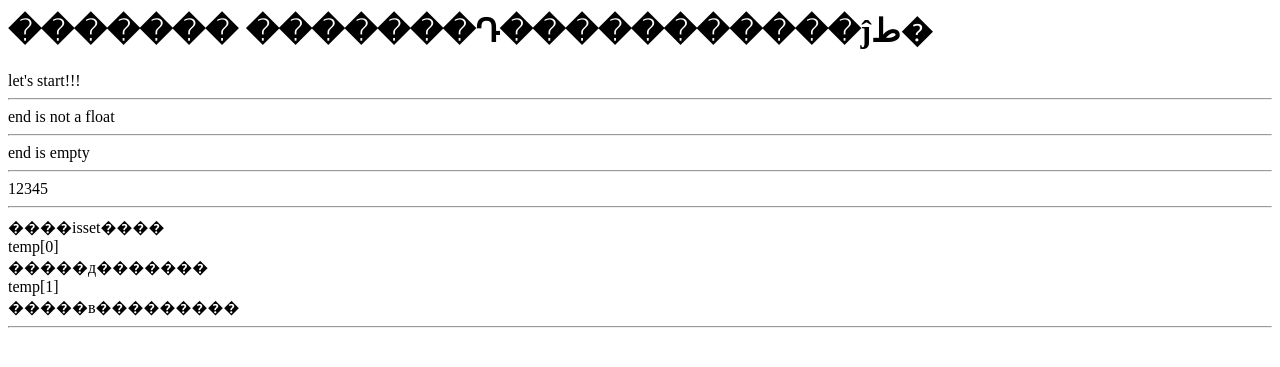
Repository: hanliyao/HelloWorld
Page: http://localhost/core/Common/testUnit.php
The author's editor kept a copy of each file at every save. The page is drawn from the files as they stood at one save, then again after the next save.
The browser window is 1280 px wide. The pictures show the whole page.
The page is run by PHP 8.4 with error messages shown; the project is at /var/www/html/.

Above is the page before, as saved 2016-02-05 01:44:55.

After the next save:
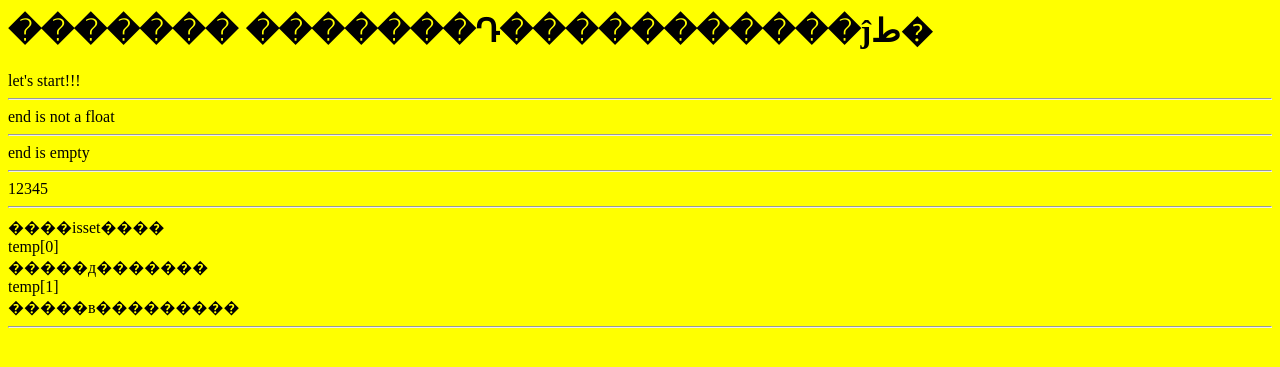
Saved 9 min 52 s later.
--- a/HelloWorld/core/Common/testUnit.php
+++ b/HelloWorld/core/Common/testUnit.php
@@ -3,7 +3,11 @@
 <html>
     <head>
         <title>덜쯤꿎桿묏야女충</title>
-
+        <style type="text/css">
+        body{
+            background-color:yellow;
+        }
+    </style>
     </head>
 
     <body>
